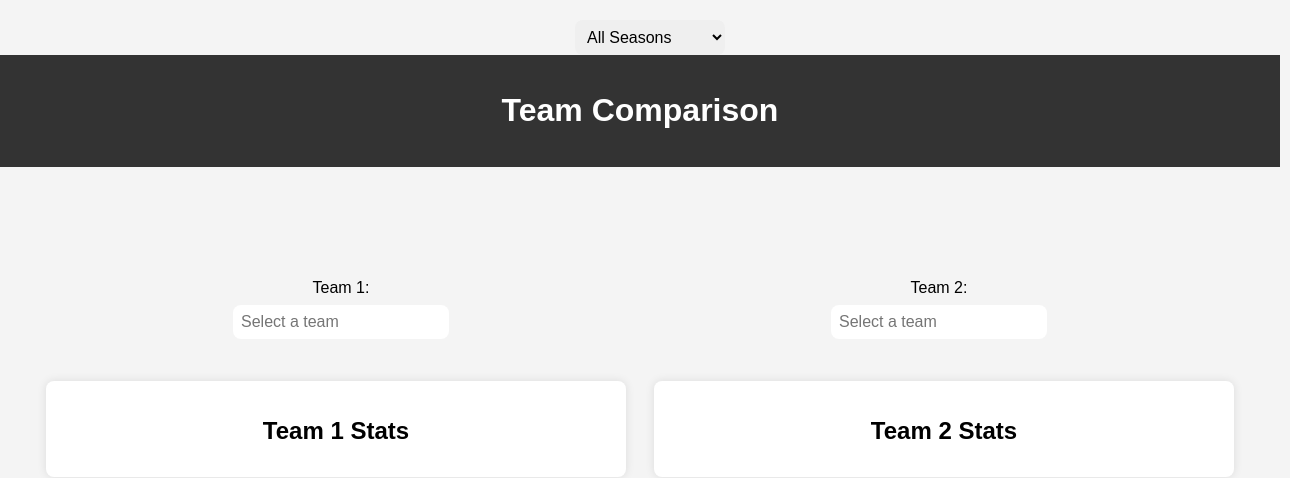
Repository: Enzo-py/dataviz-project-m1
Page: stat_page.html
The author's editor kept a copy of each file at every save. The page is drawn from the files as they stood at one save, then again after a run of saves.
The browser window is 1280 px wide. The page is 1290 px wide, then 1280 px, then 1290 px, so the pictures cover 1290 px, including what lies to the right of the window. The pictures show the whole page.
Some web fonts or font styles are not loaded; a fallback is used.

Above is the page before, as saved 2024-12-12 15:46:05.

After the next 2 saves:
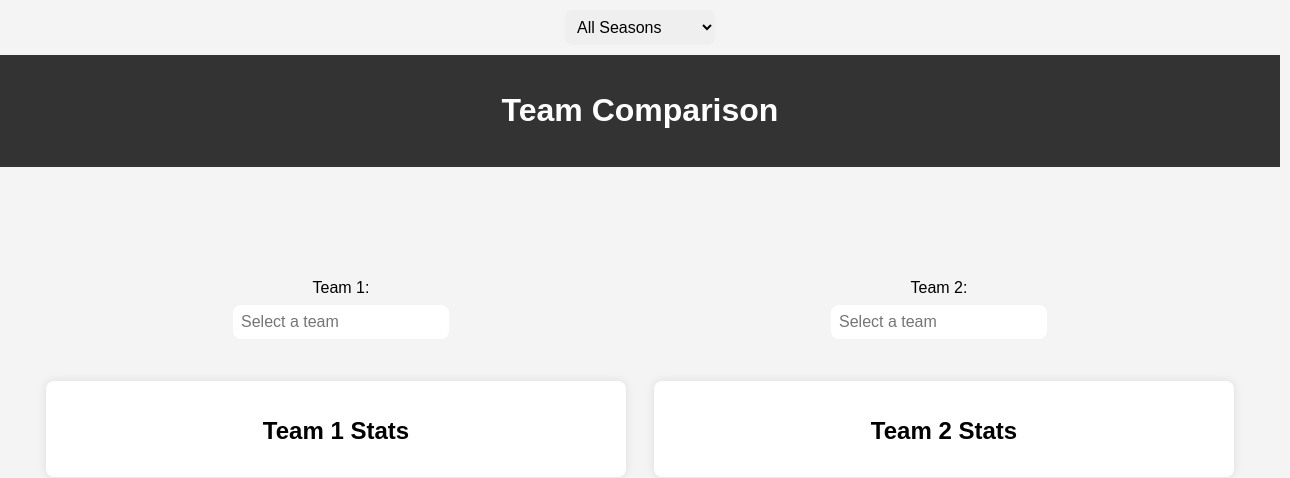
The 2 saves are shown as one change because they came seconds apart.
The last was saved 7 s later.
--- a/style_stat_page.css
+++ b/style_stat_page.css
@@ -48,7 +48,7 @@
 }
 
 .season {
-    position: relative;
+    position: auto;
     top: 10px;
     left: 10px;
     background-color: var(--background-color);

After the save that followed:
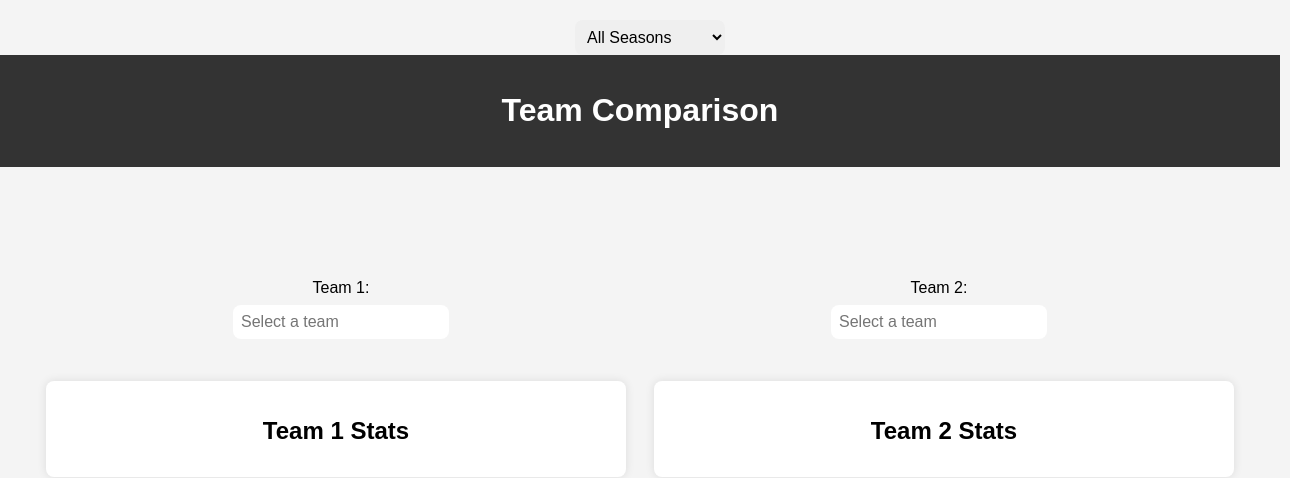
Saved 4 s later.
--- a/style_stat_page.css
+++ b/style_stat_page.css
@@ -48,7 +48,7 @@
 }
 
 .season {
-    position: auto;
+    position: relative;
     top: 10px;
     left: 10px;
     background-color: var(--background-color);
